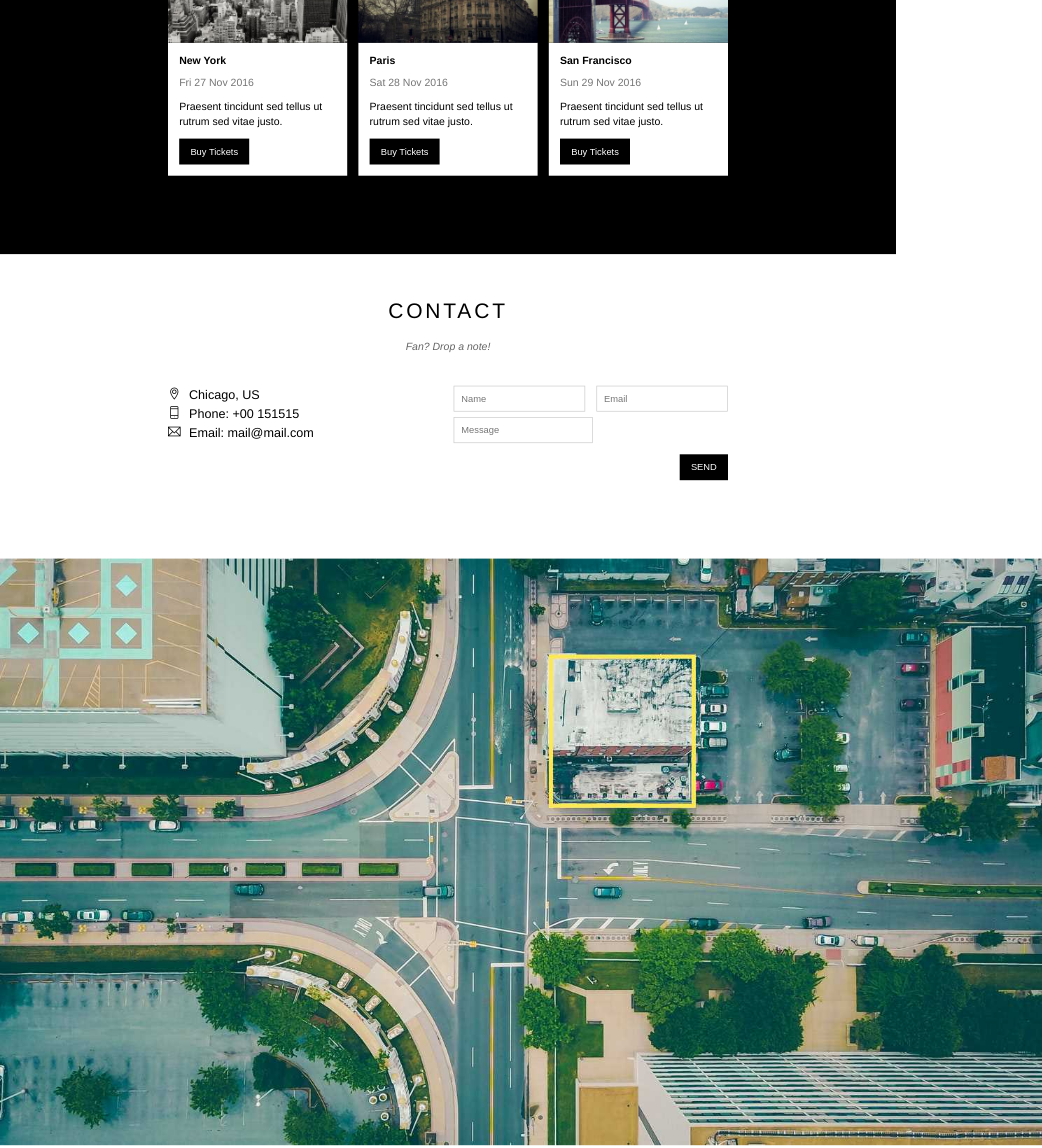
Repository: vophuocthanh/phuocthanhk03
Page: index.html
An editor plug-in stored every save of this project. The page is shown before and after the next save, followed by the edit.
The browser window is 1280 px wide. The page is 1489 px wide, then 1280 px, so the pictures cover 1489 px, including what lies to the right of the window. The pictures show the part of the page from y = 1790 to 3430 px (the page is 3430 px tall before and 3312 px after), at 70% of full size.

Above is the page before, as saved 2022-03-27 14:37:32.

After the next save:
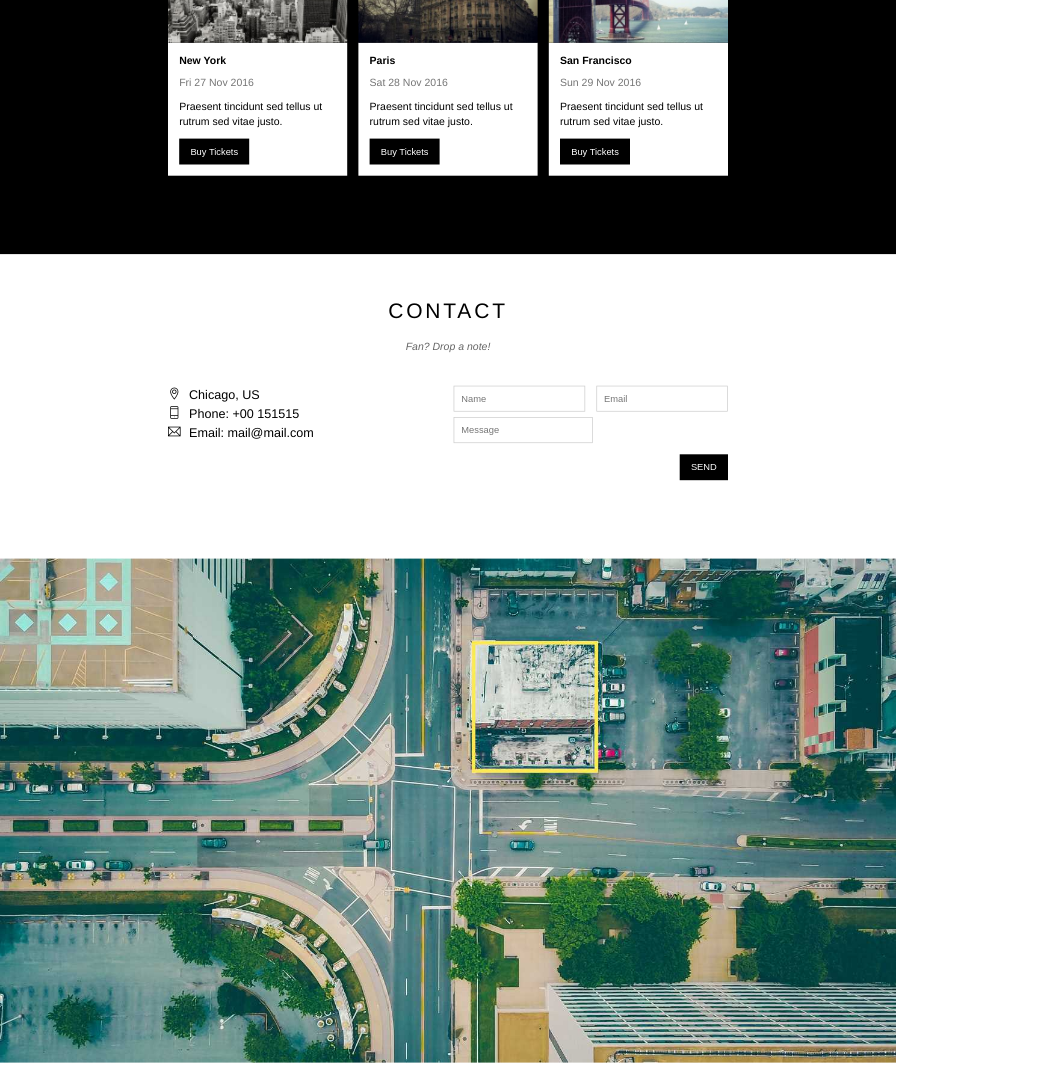
Saved 11 min 34 s later.
--- a/asset/css/style.css
+++ b/asset/css/style.css
@@ -361,6 +361,13 @@ html {
 .contact-form .form-control {
     padding: 10px;
     border: 1px solid #ccc;
+    width: 100%;
+}
+
+
+/* Map section */
+
+.map-section img {
     width: 100%;
 }
 
